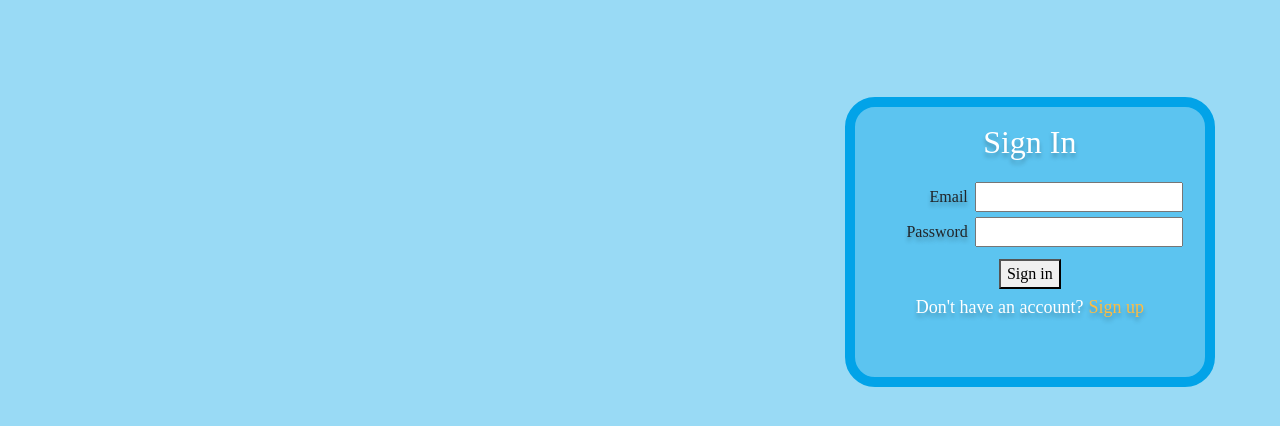
Repository: uprm-inso-4115-2019-2020-S2/semester-project-inso4115-DisasterAid-backend
Page: /donate-modal (app in disaster-aid/)
The author's editor kept a copy of each file at every save. The page is drawn from the files as they stood at one save, then again after the next save.
The browser window is 1280 px wide. The pictures show the whole page.
The project was rebuilt for these pictures with package versions that can differ from the ones it lists, and the page was loaded fresh each time. Also part of the build but not shown: disaster-aid/angular.json, disaster-aid/src/app/login/login.component.ts, disaster-aid/src/app/register/register.component.ts, disaster-aid/src/app/home/home.component.ts, disaster-aid/src/app/landing-page/landing-page.component.ts, disaster-aid/src/app/donations/donations.component.ts, disaster-aid/src/app/donations.service.ts.

Above is the page before, as saved 2020-05-08 04:13:26.

### disaster-aid/src/index.html
<!doctype html>
<html lang="en">
<head>
  <meta charset="utf-8">
  <title>DisasterAid</title>
  <base href="/">
  <meta name="viewport" content="width=device-width, initial-scale=1">
  <link rel="icon" type="image/x-icon" href="favicon.ico">
</head>
<body>
  <app-root></app-root>
</body>
</html>

### disaster-aid/src/styles.css
/* You can add global styles to this file, and also import other style files */

html { background-color:rgba(2, 163, 232, 0.4); }

### disaster-aid/src/app/app.module.ts
import { BrowserModule } from '@angular/platform-browser';
import { NgModule } from '@angular/core';
import { FormsModule, ReactiveFormsModule } from '@angular/forms';



import { AppRoutingModule } from './app-routing.module';
import { AppComponent } from './app.component';
import { RegisterComponent } from './register/register.component';
import { LoginComponent } from './login/login.component';
import { HttpClientModule } from '@angular/common/http';
import { HomeComponent } from './home/home.component'
import { UserApiService } from './userapi.service';
import { LandingPageComponent } from './landing-page/landing-page.component';
import { DonationsComponent } from './donations/donations.component';


@NgModule({
  declarations: [
    AppComponent,
    RegisterComponent,
    LoginComponent,
    HomeComponent,
    LandingPageComponent,
    DonationsComponent,
  ],
  imports: [
    BrowserModule,
    AppRoutingModule,
    FormsModule,
    ReactiveFormsModule,
    HttpClientModule
  ],
  providers: [UserApiService],
  bootstrap: [AppComponent]
})
export class AppModule { }

### disaster-aid/src/app/app-routing.module.ts
import { NgModule } from '@angular/core';
import { Routes, RouterModule } from '@angular/router';
import {LoginComponent} from './login/login.component';
import { RegisterComponent } from './register/register.component';
import { HomeComponent } from './home/home.component';
import { LandingPageComponent } from './landing-page/landing-page.component';
import { DonationsComponent } from './donations/donations.component';
import { DonateModalComponent} from './donate-modal/donate-modal.component';


const routes: Routes = [
  { path: '', redirectTo: '/landing_page', pathMatch: 'full'}, //Make home the default landing page
  { path: 'register', component: RegisterComponent},
  { path: 'login', component: LoginComponent },
  { path: 'home', component: HomeComponent},
  { path: 'landing_page', component: LandingPageComponent },
  { path: 'my-donations', component: DonationsComponent },
  { path: 'donate-modal', component: DonateModalComponent},

];

@NgModule({
  imports: [RouterModule.forRoot(routes)],
  exports: [RouterModule]
})
export class AppRoutingModule { }

### disaster-aid/src/app/app.component.ts
import { Component } from '@angular/core';

@Component({
  selector: 'app-root',
  templateUrl: './app.component.html',
  styleUrls: ['./app.component.css']
})
export class AppComponent {
  title = 'disaster-aid';
}

### disaster-aid/src/app/userapi.service.ts
import { Injectable } from '@angular/core';
import { HttpClient, HttpErrorResponse, HttpHeaders } from '@angular/common/http';
import { User } from './user';
import { Observable, throwError } from 'rxjs';
import { catchError } from 'rxjs/operators';


@Injectable({
  providedIn: 'root'
})
export class UserApiService {

  constructor(private httpClient:HttpClient) { }

  private _handleError(error: HttpErrorResponse | any) {
    let data = {};
                data = {
                    reason: error && error.error.reason ? error.error.reason : '',
                    status: error.status
                };
                console.error(data);
                return throwError(error);
  }

    public server:String = " http://localhost:5000/";

   public getUsers() : Observable<User[]> {
     return this.httpClient
     .get<User[]>(this.server + "DAD/users")
     .pipe(catchError (this._handleError));
   }

   public getUser(userID : String): Observable<User> {
    return this.httpClient
    .get<User>(this.server + `DAD/users/${userID}`)
    .pipe(catchError (this._handleError));
  }

  public createUser(user: User): Observable<any> {

    const httpOptions = {
      headers: new HttpHeaders ({
        'Content-Type':'application/json',
        'Accept': 'application/json'
      })
    };
    return this.httpClient
    .post(this.server + "DAD/users", user, httpOptions)
    .pipe(catchError (this._handleError));;
  }


}

### disaster-aid/src/app/donate-modal/donate-modal.component.ts
import { Component, OnInit } from '@angular/core';

@Component({
  selector: 'app-donate-modal',
  templateUrl: './donate-modal.component.html',
  styleUrls: ['./donate-modal.component.css']
})
export class DonateModalComponent implements OnInit {

  constructor() { }

  ngOnInit(): void {
  }

}

### disaster-aid/src/app/donate-modal/donate-modal.component.html
<div class="donateBox">
    <p style="font-size: xx-large; text-align: center; padding-top: 3%; color: white;">Sign In</p>
    <!-- <form [formGroup]="loginForm" (ngSubmit)="onSubmit(loginForm.value)"> -->
        <div style="text-align: right; padding-right: 22px;">
            <div>
                <label for="email" style="padding-right: 7px;">Email</label>
                <input class="input" id="email" type="email" formControlName="email">
            </div>
            <div>
                <label for="password" style="padding-right: 7px;">Password</label>
                <input class="input" id="password" type="password" formControlName="password">
            </div>
        </div>

        <div style="text-align: center; padding-top: 7px;">
            <button class="button" type="submit">Sign in</button>
        </div>
    <!-- </form> -->

    <div style="text-align: center; padding-top: 5px; font-size: large;">
        <label style="color: white; padding-right: 5px;">Don't have an account?</label>
        <a routerLink="/register" routerLinkActive="active" style="color:#FFBC40 ;">Sign up</a>
    </div>

</div>

### disaster-aid/src/app/donate-modal/donate-modal.component.css
.donateBox {
    position: absolute;
    width: 370px;
    height: 290px;
    left: 66%;
    top: 97px;
    background: rgba(2, 163, 232, 0.4);
    border: 10px solid #02A3E8;
    border-radius: 30px;
    font-family: 'Fredoka One', cursive;
    font-family: 'Gochi Hand', cursive;
    text-shadow: 0px 4px 4px rgba(0, 0, 0, 0.25);
}

Loaded but not shown: disaster-aid/src/main.ts (common file); disaster-aid/src/environments/environment.ts (common file); disaster-aid/src/app/app.component.html (common file); disaster-aid/src/app/app.component.css (no stored copy; drawn as an empty file)

After the next save:
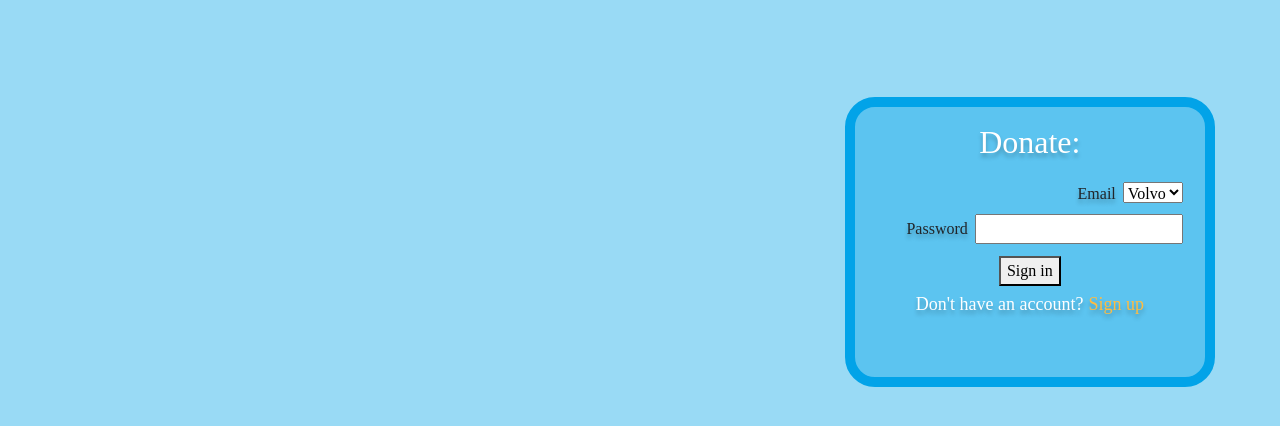
Saved 4 min 11 s later.
--- a/disaster-aid/src/app/donate-modal/donate-modal.component.html
+++ b/disaster-aid/src/app/donate-modal/donate-modal.component.html
@@ -1,10 +1,16 @@
 <div class="donateBox">
-    <p style="font-size: xx-large; text-align: center; padding-top: 3%; color: white;">Sign In</p>
+    <p style="font-size: xx-large; text-align: center; padding-top: 3%; color: white;">Donate:</p>
     <!-- <form [formGroup]="loginForm" (ngSubmit)="onSubmit(loginForm.value)"> -->
         <div style="text-align: right; padding-right: 22px;">
             <div>
                 <label for="email" style="padding-right: 7px;">Email</label>
-                <input class="input" id="email" type="email" formControlName="email">
+                <select id="cars" name="cars">
+                    <option value="volvo">Volvo</option>
+                    <option value="saab">Saab</option>
+                    <option value="fiat">Fiat</option>
+                    <option value="audi">Audi</option>
+
+                </select>
             </div>
             <div>
                 <label for="password" style="padding-right: 7px;">Password</label>
